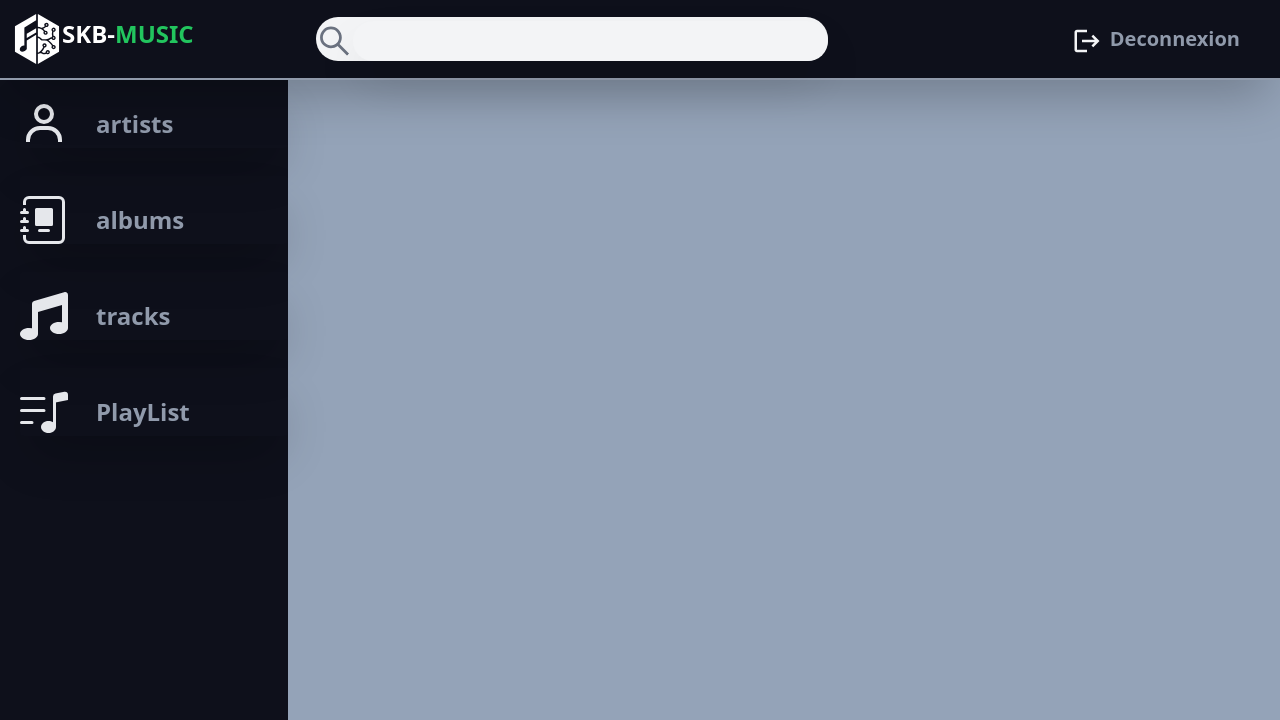
Repository: SKB-TECH/Sportify
Page: /Leading
The author's editor kept a copy of each file at every save. The page is drawn from the files as they stood at one save, then again after the next save.
The browser window is 1280 px wide. The pictures show the whole page.
The page's requests for data from a server got no answer. The project was rebuilt for these pictures with package versions that can differ from the ones it lists, and the page was loaded fresh each time. No one was signed in, and anything a server would have sent is missing. Also part of the build but not shown: vite.config.js, src/components/Header/Accueil.jsx, src/components/Login/Login.jsx, src/components/Leading/Card.jsx.

Above is the page before, as saved 2022-09-06 11:06:31.

After the next save:
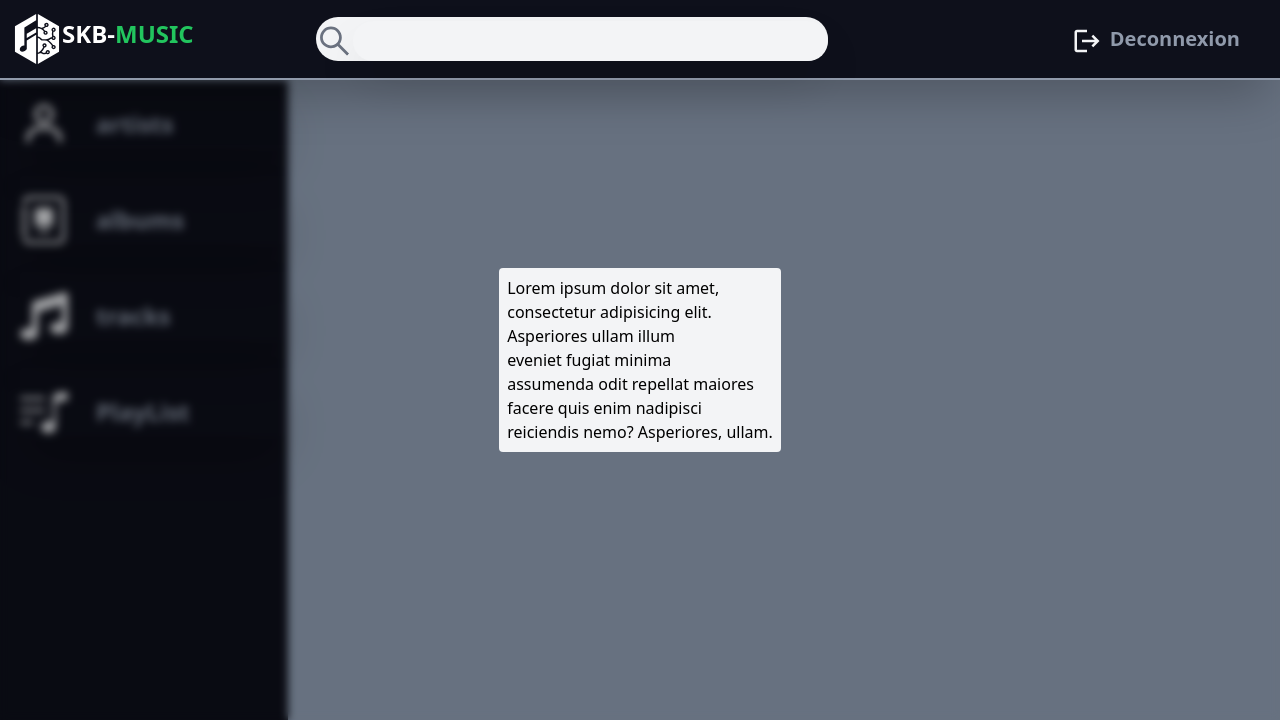
Saved 34 s later.
--- a/src/components/context/ContextProfil.jsx
+++ b/src/components/context/ContextProfil.jsx
@@ -10,7 +10,7 @@
 }
 
 export const StateContextProvider=({children})=>{
-    const [visible,setVisible]=useState(false)
+    const [visible,setVisible]=useState(true)
     const [activeMenu,setActiveMenu] = useState(true)
     const [screensize,setScreensize]=useState('undefinid')
     const [categori,setCategori]=useState("tracks")

After the save that followed:
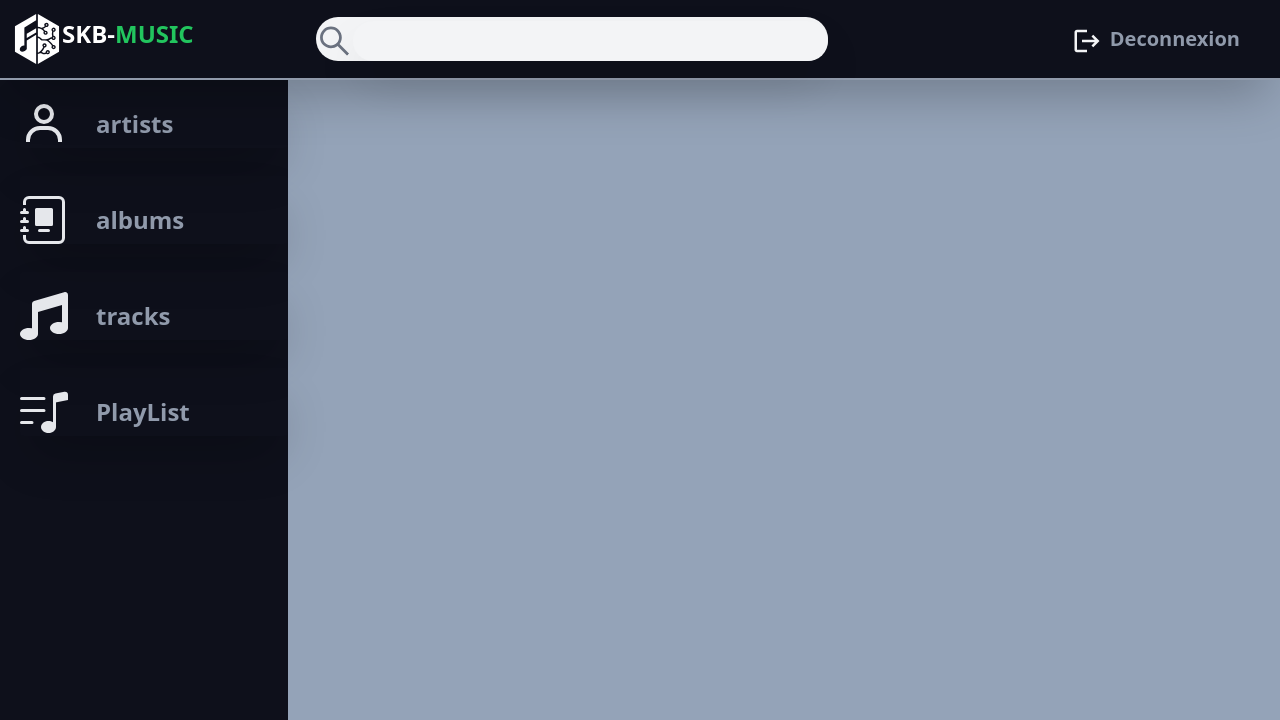
Saved 104 s later.
--- a/src/components/context/ContextProfil.jsx
+++ b/src/components/context/ContextProfil.jsx
@@ -10,7 +10,7 @@
 }
 
 export const StateContextProvider=({children})=>{
-    const [visible,setVisible]=useState(true)
+    const [visible,setVisible]=useState(false)
     const [activeMenu,setActiveMenu] = useState(true)
     const [screensize,setScreensize]=useState('undefinid')
     const [categori,setCategori]=useState("tracks")
